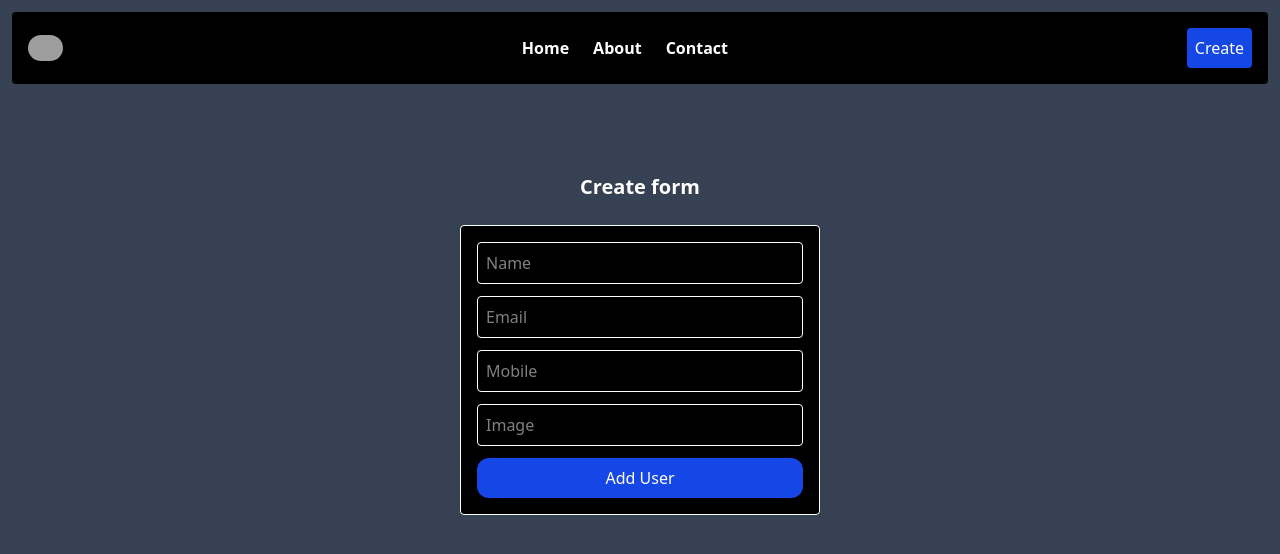
Repository: nileshwankhede03/React-Practices
Page: / (app in RHFValidation_Project/)
The author's editor kept a copy of each file at every save. The page is drawn from the files as they stood at one save, then again after the next save.
The browser window is 1280 px wide. The pictures show the whole page.
Pictures or frames that could not be fetched are drawn as grey boxes. The project was rebuilt for these pictures with package versions that can differ from the ones it lists, and the page was loaded fresh each time. Also part of the build but not shown: RHFValidation_Project/vite.config.js, RHFValidation_Project/src/components/UserCard.jsx.

Above is the page before, as saved 2026-10-07 11:29:59.

### RHFValidation_Project/src/App.jsx
import { useState } from 'react';
import Navbar from './components/Navbar.jsx';
import UserCard from './components/UserCard.jsx';
import Form from './components/Form.jsx';

const App = () => {
  const [toggle, setToggle] = useState(false);
  const [user, setUser] = useState([]);
  const [editUser, setEditUser] = useState(null);

  // console.log(user);

  const handleUpdate = (email) => {
    console.log(email);
    const result = user.find((elem) => elem.email === email);
    console.log(result);
    setEditUser(result);
  };

  return (
    <div className="p-3 h-screen bg-gray-700 flex flex-col gap-4">
      <Navbar setToggle={setToggle} />

      {toggle ? (
        <div className="flex gap-6 flex-wrap">
          {user.map((elem) => (
            <UserCard
              user={elem}
              handleUpdate={handleUpdate}
              setToggle={setToggle}
            />
          ))}
        </div>
      ) : (
        <div className="flex justify-center h-[70%] items-center">
          <Form editUser={editUser} setUser={setUser} />
        </div>
      )}
    </div>
  );
};

export default App;

### RHFValidation_Project/src/components/Navbar.jsx
const Navbar = ({ setToggle }) => {
  return (
    <div className=" p-4 bg-black rounded text-white flex items-center justify-between">
      <div>
        <img
          className="rounded-full"
          width={35}
          src="https://img.magnific.com/free-vector/blue-circle-with-white-user_78370-4707.jpg?semt=ais_hybrid&w=740&q=80"
          alt=""
        />
      </div>

      <div className="flex gap-6 font-semibold">
        <p>Home</p>
        <p>About</p>
        <p>Contact</p>
      </div>

      <button
        onClick={() => setToggle((prev) => !prev)}
        className="p-2 bg-blue-700 cursor-pointer rounded"
      >
        Create
      </button>
    </div>
  );
};

export default Navbar;

### RHFValidation_Project/src/components/Form.jsx
import { useForm } from 'react-hook-form';

const Form = ({ setUser, editUser }) => {
  let {
    reset,
    register,
    formState: { errors },
    handleSubmit,
  } = useForm({
    mode: 'onchange',
    // defaultValues: {
    //   username: 'Pandu',
    //   email: 'pandu@gmail.com',
    // },
  });

  const formSubmit = (data) => {
    // console.log(data);

    setUser((prev) => [...prev, data]);

    reset();
  };

  // console.log('register -> ', {...register('username')});

  // console.log(errors);

  return (
    <div className="flex flex-col gap-6 items-center text-white">
      <h1 className="text-xl font-bold">Create form</h1>
      <form
        onSubmit={handleSubmit(formSubmit)}
        className="w-90 p-4 bg-black flex flex-col gap-3 rounded border border-white text-white"
      >
        <input
          {...register('username', {
            required: 'Name is required',
            pattern: {
              value: /^\S.*$/,
              message: 'Blank spaces is not allowed',
            },
          })}
          className="p-2 rounded outline-0 border border-white text-white"
          type="text"
          placeholder="Name"
        />
        {errors?.username && (
          <p className="text-red-500">{errors?.username?.message}</p>
        )}

        <input
          {...register('email', {
            required: 'Email is required',
            pattern: {
              value: /^[a-zA-Z0-9._%+-]+@[a-zA-Z0-9.-]+\.[a-zA-Z]{2,}$/,
              message: 'Please enter valid email',
            },
          })}
          className="p-2 rounded outline-0 border border-white text-white"
          type="email"
          placeholder="Email"
        />
        {errors?.email && (
          <p className="text-red-500">{errors?.email?.message}</p>
        )}

        <input
          {...register('mobileNumber', {
            required: 'Mobile Number is required',
            maxLength: { value: 10, message: 'Maximum 10 digits are required' },
            minLength: {
              value: 10,
              message: 'Minimum 10 digits are required',
            },
          })}
          className="p-2 rounded outline-0 border border-white text-white"
          type="number"
          placeholder="Mobile"
        />
        {errors?.mobileNumber && (
          <p className="text-red-500">{errors?.mobileNumber.message}</p>
        )}

        <input
          {...register('image', { required: 'Image is required' })}
          className="p-2 rounded outline-0 border border-white text-white"
          type="url"
          placeholder="Image"
        />
        {errors?.image && (
          <p className="text-red-500">{errors?.image.message}</p>
        )}

        <button className="text-white bg-blue-700 p-2 rounded-xl cursor-pointer">
          Add User
        </button>
      </form>
    </div>
  );
};

export default Form;

Loaded but not shown: RHFValidation_Project/index.html (common file); RHFValidation_Project/src/main.jsx (common file); RHFValidation_Project/src/index.css (common file)

After the next save:
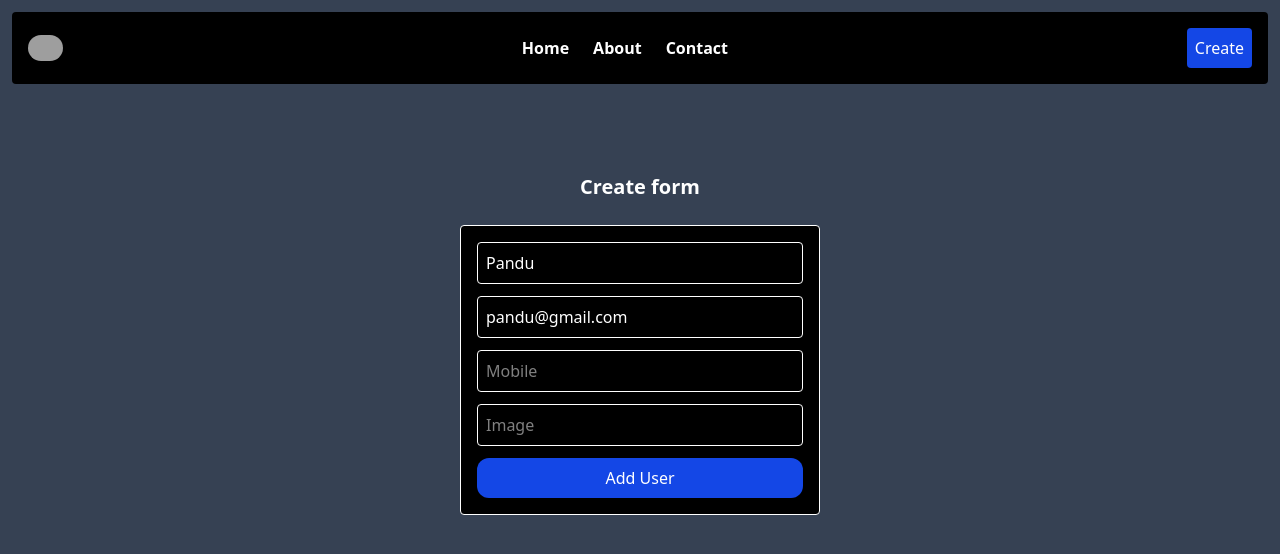
Saved 9 s later.
--- a/RHFValidation_Project/src/components/Form.jsx
+++ b/RHFValidation_Project/src/components/Form.jsx
@@ -8,10 +8,10 @@
     handleSubmit,
   } = useForm({
     mode: 'onchange',
-    // defaultValues: {
-    //   username: 'Pandu',
-    //   email: 'pandu@gmail.com',
-    // },
+    defaultValues: {
+      username: 'Pandu',
+      email: 'pandu@gmail.com',
+    },
   });
 
   const formSubmit = (data) => {
